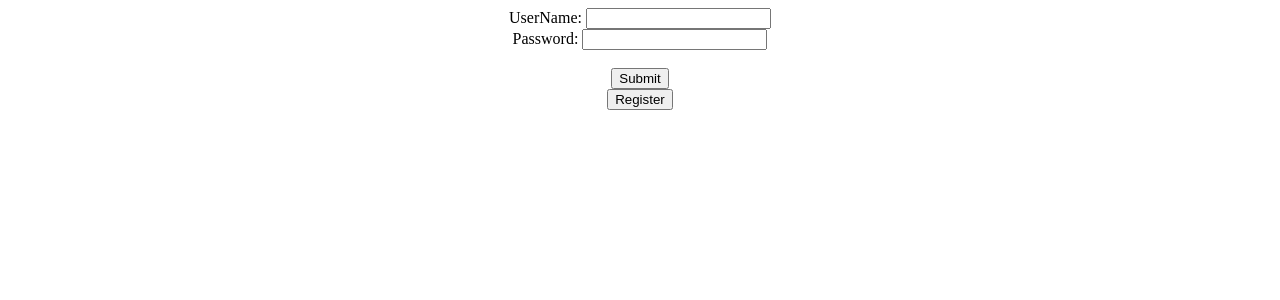
Repository: sunil965/JDBC-Servlet-JSP
Page: LoginForm/WebContent/index.html
The author's editor kept a copy of each file at every save. The page is drawn from the files as they stood at one save, then again after the next save.
The browser window is 1280 px wide. The pictures show the whole page.

Above is the page before, as saved 2017-04-28 06:37:37.

### LoginForm/WebContent/index.html
<!DOCTYPE html>
<html>
<head>
<meta charset="UTF-8">
<title>Insert title here</title>
</head>
<body>
<div align="center">
<form action="loginServlet">
	UserName: <input type="text"><br>
	Password: <input type="password"><br><br>
	<input type="submit" name="Login">
</form>
<a href="Register.html"><button>Register</button></a>
</div>
</body>
</html>

After the next save:
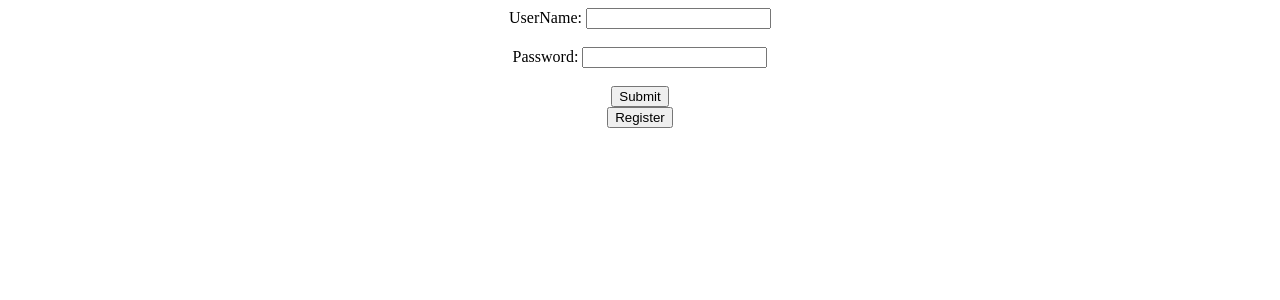
Saved 11 s later.
--- a/LoginForm/WebContent/index.html
+++ b/LoginForm/WebContent/index.html
@@ -7,7 +7,7 @@
 <body>
 <div align="center">
 <form action="loginServlet">
-	UserName: <input type="text"><br>
+	UserName: <input type="text"><br><br>
 	Password: <input type="password"><br><br>
 	<input type="submit" name="Login">
 </form>
